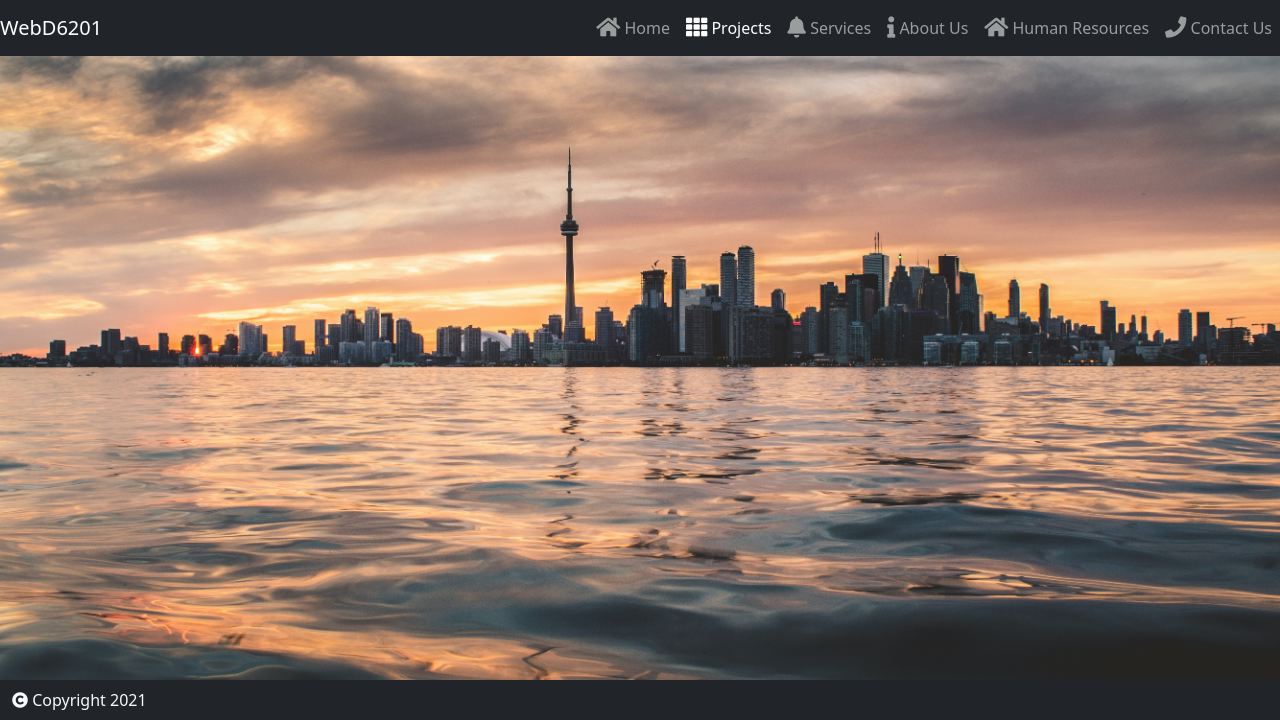
Repository: Tomelinski/Webd6201-Lab02
Page: projects.html
An editor plug-in stored every save of this project. The page is shown before and after the next save, followed by the edit.
The browser window is 1280 px wide. The pictures show the whole page.
Backgrounds fixed to the window are drawn as part of the page.

Above is the page before, as saved 2021-02-05 21:22:54.

After the next save:
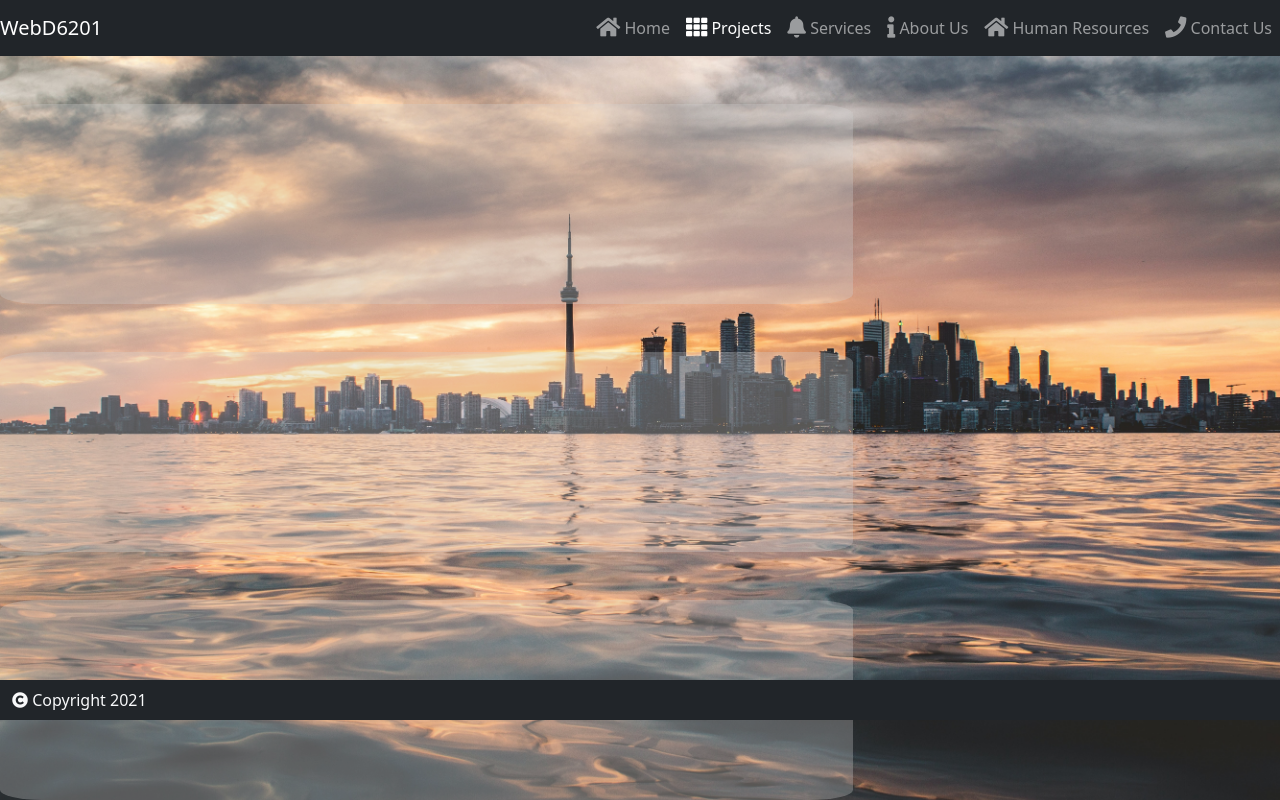
Saved 104 s later.
--- a/projects.html
+++ b/projects.html
@@ -55,6 +55,16 @@
 
       <main>
 
+          <div id="project1" class="col-8 mt-5 about-background">
+
+          </div>
+          <div id="project2" class="col-8 mt-5 about-background">
+
+          </div>
+          <div id="project3" class="col-8 mt-5 about-background">
+
+          </div>
+
       </main>
 
     <!-- Script section -->
